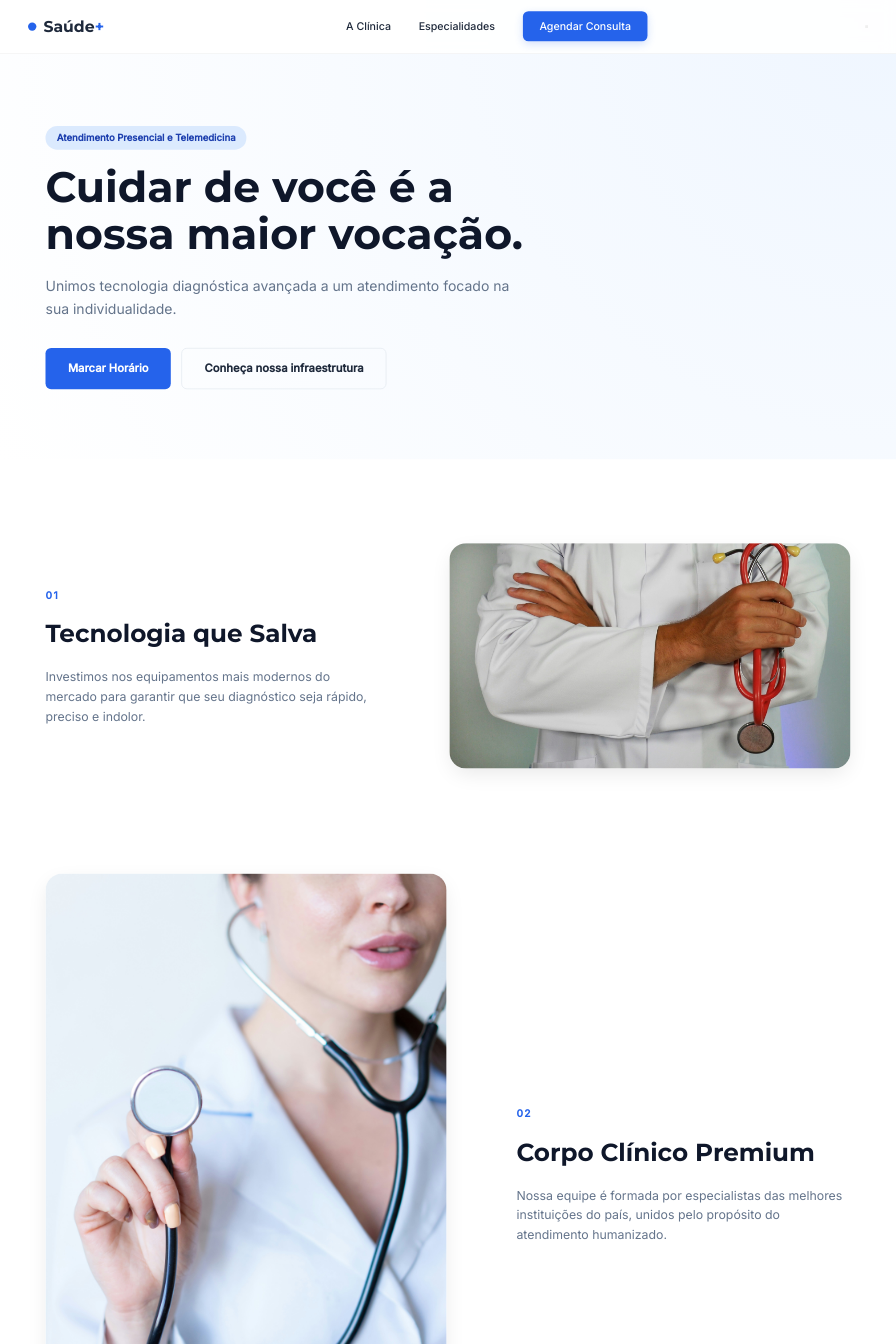
Repository: Sandro1969-tech/desafio-clinica
Page: index.html
These files come from the project's save history. The page is drawn as it stood at one moment and after the next save; the edit follows.
The browser window is 1280 px wide. The pictures show the part of the page from y = 0 to 1920 px (the page is 3174 px tall before and 3199 px after), at 70% of full size.
A picture or video elsewhere on the page could not be fetched, so the positions and the page height are approximate.

Above is the page before, as saved 2025-12-17 19:30:48.
Not found: script.js

### index.html
<!DOCTYPE html>
<html lang="pt-BR">
<head>
    <meta charset="UTF-8">
    <meta name="viewport" content="width=device-width, initial-scale=1.0">
    <title>Clínica Saúde+ | Excelência Médica em Guarulhos</title>
    <link href="https://fonts.googleapis.com/css2?family=Inter:wght@300;400;500&family=Montserrat:wght@600;700&display=swap" rel="stylesheet">
    <link rel="stylesheet" href="style.css">
    <link rel="icon" type="image/png" href="assets/image/icone-medico.png">

</head>
<body>

    <header class="navbar">
        <div class="container-wide flex-header">
            <div class="logo">
                <span class="logo-dot"></span>
                <h1>Saúde<span>+</span></h1>
            </div>

            <nav class="nav-links">
                <a href="#sobre">A Clínica</a>
                <a href="#servicos">Especialidades</a>
                <a href="#contato" class="nav-cta">Agendar Consulta</a>
            </nav>

            <button id="menu-mobile" aria-label="Abrir Menu">
                <span></span>
                <span></span>
            </button>
        </div>
    </header>

    <main>
        <section class="hero-premium">
            <div class="container">
                <div class="hero-content">
                    <span class="badge">Atendimento Presencial e Telemedicina</span>
                    <h2>Cuidar de você é a nossa <strong>maior vocação.</strong></h2>
                    <p>Unimos tecnologia diagnóstica avançada a um atendimento focado na sua individualidade.</p>
                    <div class="hero-btns">
                        <a href="#contato" class="btn-primary">Marcar Horário</a>
                        <a href="#sobre" class="btn-secondary">Conheça nossa infraestrutura</a>
                    </div>
                </div>
            </div>
        </section>

        <section id="sobre" class="experience">
            <div class="container">

                <div class="row-experience">
                    <div class="col-text" data-aos="fade-up">
                        <span class="step-number">01</span>
                        <h3>Tecnologia que Salva</h3>
                        <p>Investimos nos equipamentos mais modernos do mercado para garantir que seu diagnóstico seja rápido, preciso e indolor.</p>
                    </div>
                    <div class="col-img" data-aos="fade-left">
                        <div class="img-wrapper">
                            <img src="assets/image/medico.jpg" alt="Equipamentos de alta tecnologia">
                        </div>
                    </div>
                </div>

                <div class="row-experience reverse">
                    <div class="col-text" data-aos="fade-up">
                        <span class="step-number">02</span>
                        <h3>Corpo Clínico Premium</h3>
                        <p>Nossa equipe é formada por especialistas das melhores instituições do país, unidos pelo propósito do atendimento humanizado.</p>
                    </div>
                    <div class="col-img" data-aos="fade-right">
                        <div class="img-wrapper">
                            <img src="assets/image/medica.jpg" alt="Equipe médica atenciosa">
                        </div>
                    </div>
                </div>

                <div class="row-experience">
                    <div class="col-text" data-aos="fade-up">
                        <span class="step-number">03</span>
                        <h3>Ambiente de Cura</h3>
                        <p>Projetamos um espaço que não parece um hospital. Cores suaves e conforto para que você se sinta acolhido desde a entrada.</p>
                    </div>
                    <div class="col-img" data-aos="fade-left">
                        <div class="img-wrapper">
                            <img src="assets/image/hall.jpg" alt="Nossa recepção moderna">
                        </div>
                    </div>
                </div>

            </div>
        </section>
    </main>

    <footer id="contato" class="footer-modern">
        <div class="container grid-footer">
            <div class="footer-brand">
                <h2>Saúde+</h2>
                <p>Referência em saúde preventiva e tratamentos complexos.</p>
            </div>
            <div class="footer-contact">
                <h4>Contatos</h4>
                <p>📍 Guarulhos, SP</p>
                <p>📞 (11) 99999-9999</p>
            </div>
            <div class="footer-social">
                <h4>Siga-nos</h4>
                <div class="social-icons">
                    <a href="#">Instagram</a>
                    <a href="#">Linkedin</a>
                </div>
            </div>
        </div>
    </footer>

    <script src="script.js"></script>
</body>
</html>

### style.css
/* Variáveis de Design - Facilita mudar a cor de toda a clínica depois */
:root {
    --primary: #2563eb;
    --primary-dark: #1e40af;
    --accent: #0ea5e9;
    --bg-light: #f8fafc;
    --text-main: #1e293b;
    --text-muted: #64748b;
    --white: #ffffff;
    --shadow: 0 10px 30px -5px rgba(0, 0, 0, 0.1);
    --transition: all 0.4s cubic-bezier(0.4, 0, 0.2, 1);
}

* { margin: 0; padding: 0; box-sizing: border-box; }

body {
    font-family: 'Inter', sans-serif;
    color: var(--text-main);
    line-height: 1.6;
    background-color: var(--white);
    overflow-x: hidden;
}

h1, h2, h3, h4 { font-family: 'Montserrat', sans-serif; }

.container { max-width: 1200px; margin: 0 auto; padding: 0 25px; }
.container-wide { max-width: 1400px; margin: 0 auto; padding: 0 40px; }

/* Header Minimalista */
.navbar {
    background: rgba(255, 255, 255, 0.9);
    backdrop-filter: blur(10px);
    padding: 20px 0;
    position: fixed;
    width: 100%;
    top: 0;
    z-index: 1000;
    border-bottom: 1px solid rgba(0,0,0,0.05);
}

.flex-header { display: flex; justify-content: space-between; align-items: center; }

.logo { display: flex; align-items: center; gap: 10px; }
.logo-dot { width: 12px; height: 12px; background: var(--primary); border-radius: 50%; }
.logo h1 { font-size: 1.4rem; font-weight: 700; color: var(--text-main); }
.logo span { color: var(--primary); }

.nav-links a {
    text-decoration: none;
    color: var(--text-main);
    font-weight: 500;
    margin-left: 35px;
    font-size: 0.95rem;
    transition: var(--transition);
}

.nav-links a:hover { color: var(--primary); }

.nav-cta {
    background: var(--primary);
    color: var(--white) !important;
    padding: 12px 24px;
    border-radius: 8px;
    box-shadow: 0 4px 12px rgba(37, 99, 235, 0.2);
}

/* Hero Section */
.hero-premium {
    padding: 180px 0 100px;
    background: radial-gradient(circle at top right, #eff6ff, #ffffff);
}

.hero-content { max-width: 700px; }
.badge {
    background: #dbeafe;
    color: var(--primary-dark);
    padding: 6px 16px;
    border-radius: 100px;
    font-size: 0.85rem;
    font-weight: 600;
    display: inline-block;
    margin-bottom: 20px;
}

.hero-premium h2 { font-size: clamp(2.5rem, 5vw, 3.8rem); line-height: 1.1; margin-bottom: 25px; color: #0f172a; }
.hero-premium p { font-size: 1.25rem; color: var(--text-muted); margin-bottom: 40px; }

.hero-btns { display: flex; gap: 15px; }
.btn-primary {
    padding: 16px 32px; background: var(--primary); color: white;
    text-decoration: none; border-radius: 8px; font-weight: 600; transition: var(--transition);
}
.btn-secondary {
    padding: 16px 32px; border: 1px solid #e2e8f0; color: var(--text-main);
    text-decoration: none; border-radius: 8px; font-weight: 600; transition: var(--transition);
}

/* Experiência Side-by-Side */
.experience { padding: 120px 0; }
.row-experience {
    display: flex; align-items: center; gap: 100px; margin-bottom: 150px;
}
.row-experience.reverse { flex-direction: row-reverse; }

.col-text { flex: 1; }
.step-number { font-size: 0.9rem; font-weight: 700; color: var(--primary); letter-spacing: 2px; }
.col-text h3 { font-size: 2.2rem; margin: 15px 0 20px; color: #0f172a; }
.col-text p { font-size: 1.1rem; color: var(--text-muted); }

.col-img { flex: 1.2; }
.img-wrapper {
    position: relative; border-radius: 24px; overflow: hidden;
    box-shadow: var(--shadow);
}
.img-wrapper img { width: 100%; display: block; transition: transform 0.6s ease; }
.img-wrapper:hover img { transform: scale(1.05); }

/* Footer */
.footer-modern { background: #0f172a; color: white; padding: 80px 0 40px; }
.grid-footer { display: grid; grid-template-columns: 2fr 1fr 1fr; gap: 50px; }
.footer-brand h2 { margin-bottom: 20px; }
.footer-contact h4, .footer-social h4 { margin-bottom: 20px; color: var(--accent); }

/* Responsividade Mobile */
@media (max-width: 968px) {
    .row-experience, .row-experience.reverse { flex-direction: column; gap: 40px; margin-bottom: 80px; }
    .nav-links { display: none; } /* Ideal fazer menu hamburguer funcional */
    .hero-premium { text-align: center; }
    .hero-btns { justify-content: center; flex-direction: column; }
    .grid-footer { grid-template-columns: 1fr; text-align: center; }
}

After the next save:
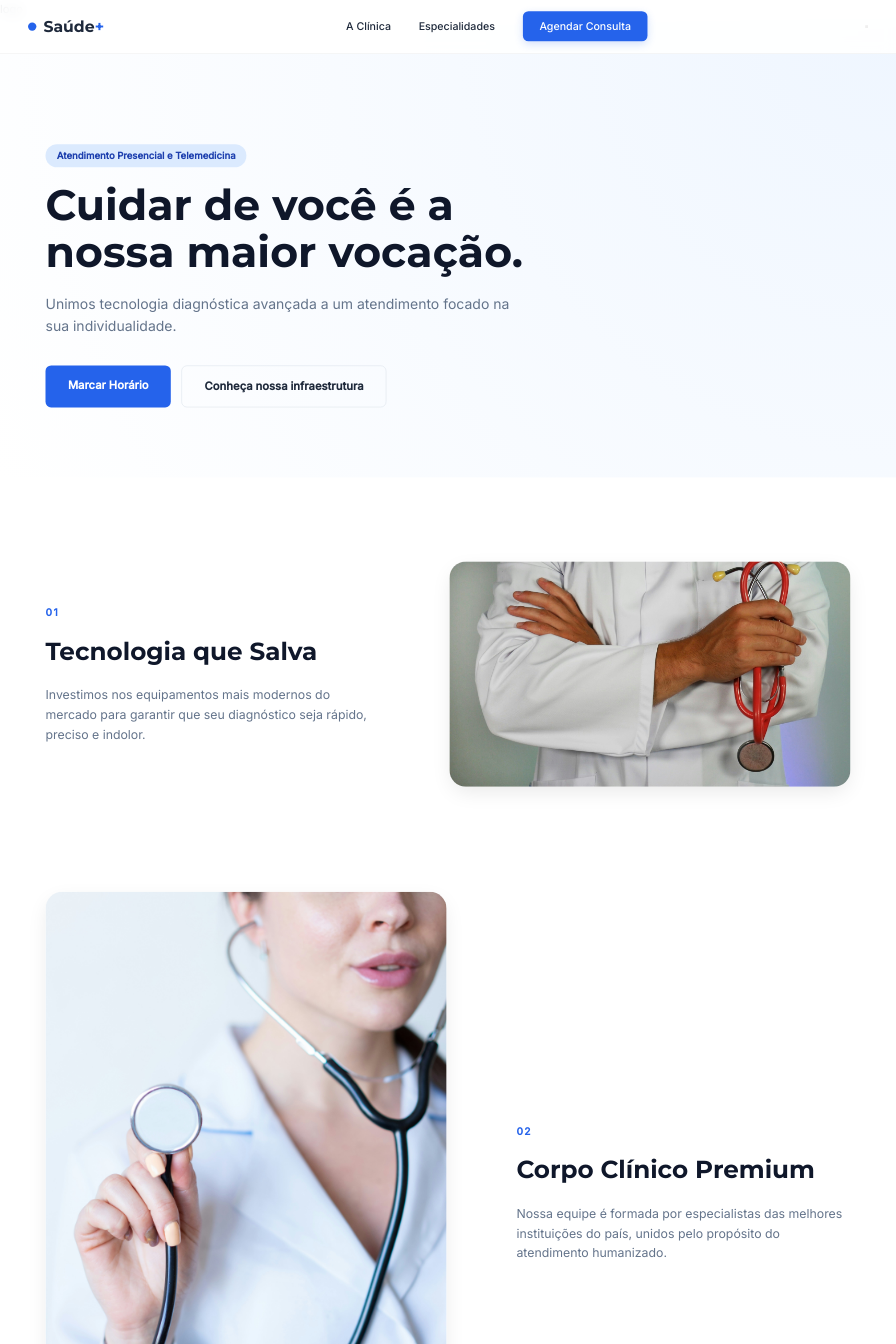
Saved 14 s later.
--- a/index.html
+++ b/index.html
@@ -7,7 +7,7 @@
     <link href="https://fonts.googleapis.com/css2?family=Inter:wght@300;400;500&family=Montserrat:wght@600;700&display=swap" rel="stylesheet">
     <link rel="stylesheet" href="style.css">
     <link rel="icon" type="image/png" href="assets/image/icone-medico.png">
-
+    logo
 </head>
 <body>
 

After the save that followed:
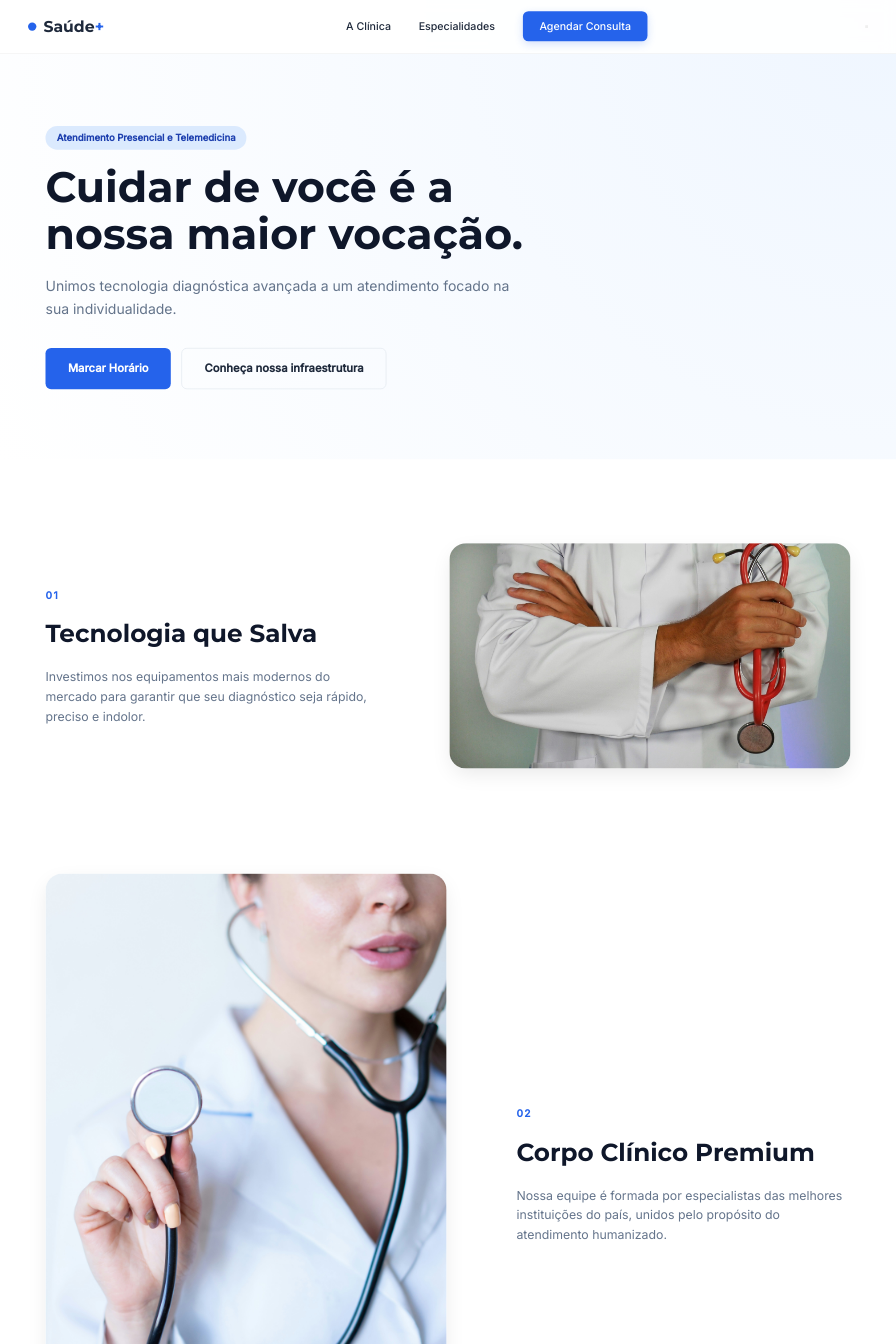
Saved 4 s later.
--- a/index.html
+++ b/index.html
@@ -7,7 +7,7 @@
     <link href="https://fonts.googleapis.com/css2?family=Inter:wght@300;400;500&family=Montserrat:wght@600;700&display=swap" rel="stylesheet">
     <link rel="stylesheet" href="style.css">
     <link rel="icon" type="image/png" href="assets/image/icone-medico.png">
-    logo
+
 </head>
 <body>
 
